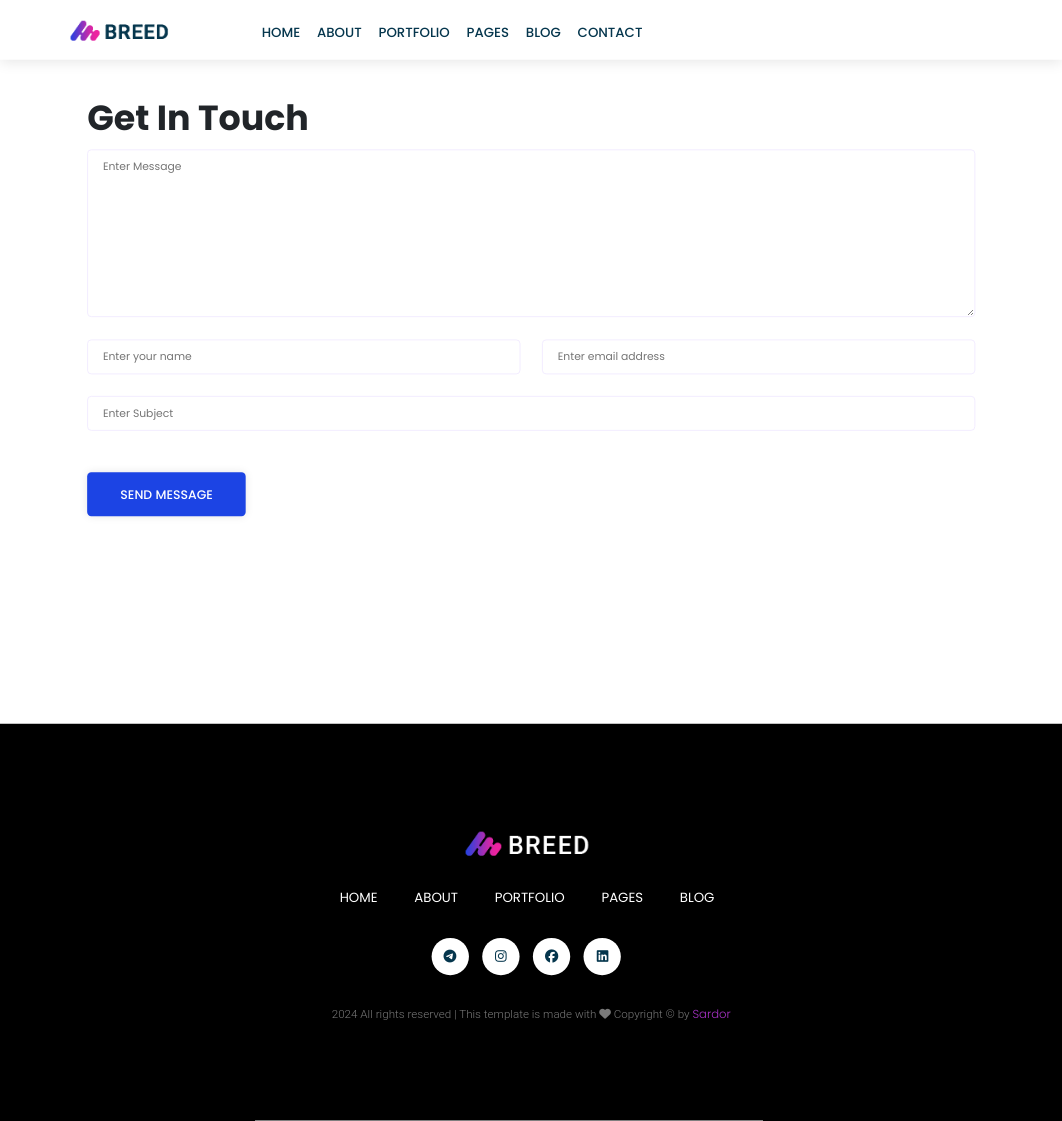
Repository: whoami2991/Sardorbek-Portfolio---Home
Page: contact.html
These files come from the project's save history. The page is drawn as it stood at one moment and after the next save; the edit follows.
The browser window is 1280 px wide. The pictures show the whole page, at 83% of full size.

Above is the page before, as saved 2024-07-22 13:24:25.

### contact.html
<!DOCTYPE html>
<html lang="en">
<head>
    <meta charset="UTF-8">
    <meta name="viewport" content="width=device-width, initial-scale=1.0">
    <title>Portfolio - Contact</title>
    <link rel="stylesheet" href="shared.css">
    <link rel="stylesheet" href="contact.css">
    <link rel="stylesheet" href="https://cdnjs.cloudflare.com/ajax/libs/font-awesome/6.5.1/css/all.min.css" integrity="sha512-DTOQO9RWCH3ppGqcWaEA1BIZOC6xxalwEsw9c2QQeAIftl+Vegovlnee1c9QX4TctnWMn13TZye+giMm8e2LwA==" crossorigin="anonymous" referrerpolicy="no-referrer" />
    <link rel="icon" href="icons8-briefcase-94.png" type="image/png">
    <link href='https://unpkg.com/boxicons@2.1.4/css/boxicons.min.css' rel='stylesheet'>
</head>
<body>
    <!--Header section-->
    <header class="main-header">
        <div class="wrapper">
            <div class="brand">
                <a href="index.html">
                    <img src="logo.png" alt="logo">
                </a>
            </div>
            <nav class="main-navigation">
                <ul class="main-navigation__items">
                    <li class="main-navigation__item">
                        <a href="/index.html">Home</a>
                    </li>
                    <li class="main-navigation__item">
                        <a href="#">About</a>
                    </li>
                    <li class="main-navigation__item">
                        <a href="#">Portfolio</a>
                    </li>
                    <li class="main-navigation__item">
                        <a href="#">Pages</a>
                    </li>
                    <li class="main-navigation__item">
                        <a href="#">Blog</a>
                    </li>
                    <li class="main-navigation__item">
                        <a href="#">Contact</a>
                    </li>
                </ul>
            </nav>
        </div>
    </header>
    <div class="wrapper">
        <section class="contact">
            <div class="section-title">Get in Touch</div>
            <form action="/server.php" method="get">
                <textarea name="message" id="message" cols="30" rows="9" placeholder="Enter Message"></textarea>
                <div class="half-row contact_firstname">
                    <input type="text" placeholder="Enter your name" name="firsname">
                </div>
                <div class="half-row contact_email">
                    <input type="email" placeholder="Enter email address" name="email">
                </div>
                <input class="input_enter" type="text" placeholder="Enter Subject" name="subject">
                <button class="button to-uppercase contact_send" type="submit">Send message</button>
            </form>
        </section>
    </div>
    <!--Footer section-->
    <footer class="footer-area">
        <div class="wrapper">
            <section class="footer">
                <div class="footer-logo">
                    <a href="#">
                        <img src="logo2.png" alt="footer logo">
                    </a>
                    <div class="footer-nav">
                        <nav class="footer-main_nav">
                            <ul class="footer-main_nav-items">
                                <li class="nav-item">
                                    <a href="#">Home</a>
                                </li>
                                <li class="nav-item">
                                    <a href="#">about</a>
                                </li>
                                <li class="nav-item">
                                    <a href="#">portfolio</a>
                                </li>
                                <li class="nav-item">
                                    <a href="#">pages</a>
                                </li>
                                <li class="nav-item">
                                    <a href="#">blog</a>
                                </li>
                            </ul>
                        </nav>
                    </div>

                </div>
                <div class="footer-social">
                    <a href="https://t.me/ism018"><i class="fa-brands fa-telegram"></i></a>
                    <a href="https://www.instagram.com/imsard0r/" class="social-instagram_color"><i class="fa-brands fa-instagram"></i></a>
                    <a href="https://www.facebook.com/sardorbek.ismoilov.545/"><i class="fa-brands fa-facebook"></i></a>
                    <a href="https://www.linkedin.com/in/sardor-ismoilov/"><i class="fa-brands fa-linkedin"></i></a>
                </div>
                    <div class="footer-bottom">
                        <p class="col-lg-8 col-sm-12 footer-text"><script>document.write(new Date().getFullYear());</script> All rights reserved | This template is made with <i class="fa fa-heart" aria-hidden="true"></i>
                            Copyright © by <a href="https://t.me/ism018" target="_blank">Sardor</a>
                        </p>
                    </div>
            </section>
        </div>
    </footer>
</body>
</html>

### shared.css
@import url("https://fonts.googleapis.com/css2?family=Poppins:wght@300;400;500;600;700;800;900&display=swap");
/*===============Core styles===============*/
* {
    font-family: "Poppins", sans-serif;
    box-sizing: border-box;
}
body{

    margin: 0;
}
.wrapper{
    width: 1110px;
    margin: 0 auto;
}
.section-subtitle{
    letter-spacing: 2px;
    font-weight: 500;
    color: #797979;
    text-transform: uppercase;
    margin: 5px 0 0;
    font-size: 15px;
    font-weight: 600;
}
.section-title{
    font-size: 42px;
    font-weight: 700;
    text-transform: capitalize;
    color: #212529;
    margin: 15px 0 0 0;
    line-height: 55px;
}

.blur-line{
    display: inline-block;
    vertical-align: middle;
    margin-left: 5px;
    width: 80px;
    height: 4px;
    background: rgba(237,35,159,0.6);
    filter: blur(4px);
}
.button{
    border: none;
    background-color: #1c44e4;
    color: #fff;
    font-weight: 500;
    font-size: 15px;
    padding: 15px 40px;
    cursor: pointer;
    border-radius: 5px;
    box-shadow: 0 0 10px rgba(0, 0, 0, 0.1);
    -webkit-transition-duration: 0.3;
    transition-duration: 0.3;
    -webkit-transition-property: box-shadow, transform;
    transition-property: box-shadow, transform;
}
.button:hover, .button:focus, button:active{
    box-shadow: 0 0 20px rgba(0, 0, 0, 0.5);
    -webkit-transform: scale(1.1);
    transform: scale(1.1);
}
.to-uppercase{
    text-transform: uppercase;
}
.clearfix{
    clear: both;
}
/*===============Header styles==============*/
.main-header{
    position: fixed;
    z-index: 10;
    background-color: #fff;
    width: 100%;
    top: 0;
    left: 0;
    box-shadow: 0px 3px 16px 0px rgb(0 0 0 / 10%);
}
.brand {
    display: inline-block;
    margin-top: 25px;
    border-style: none;
    margin-right: 60px;
}
.main-navigation{
    display: inline-block;
    vertical-align: top;
    padding-top: 5px;
}
.main-navigation__item{
    display: inline-block;
    padding: 5px 8px;
}
.main-navigation__item a{
    color: #05364D;
    text-decoration: none;
    font-weight: 500;
    text-transform: uppercase;
    transition: 0.5s;
}
.main-navigation__item a:hover{
    color: #1c44e4;
}
/*==============Footer section styles=================*/
.footer-area{
    margin-top: 150px;
    padding-top: 130px;
    background-color: #000;
}
.footer-logo{
    text-align: center;
    display: block;
    margin-left: -10px;
}
.footer-nav{
    padding-top: 15px;
}
.footer-main_nav{
    text-decoration: none;
    margin-left: -40px;
}
.footer-main_nav-items{
    list-style: none;
    display: inline-block;
}
.footer-main_nav-items li{
    display: inline-block;
    padding: 0 20px 0;
}
.footer-main_nav-items a{
    display: inline-block;
    text-transform: uppercase;
    text-decoration: none;
    color: #fff;
}
.footer-social {
    padding: 20px;
    align-items: center;
    text-align: center;
}
.footer-social a{
    display: inline-block;
    width: 45px;
    height: 45px;
    line-height: 45px;
    text-align: center;
    background: #ffffff;
    border-radius: 36px;
    color: #05364d;
    font-size: 16px;
    margin-right: 12px
}
.footer-social a:hover{
    transition: 0.4s;
    background: linear-gradient(90deg, #1345e6 0%, #ed239f 100%);
    color: #fff;
}
.footer-bottom{
    padding-top: 0px;
    padding-bottom: 100px;
}
.footer-bottom p{
    text-align: center;
    font-size: 14px;
    line-height: 27px;
    font-weight: 300;
    font-family: "Roboto",sans-serif;
    color: #797979;
}
.footer-bottom a{
    color: #a932c7;
    text-decoration: none;
}

### contact.css
.contact{
    padding: 100px 20px;
}
textarea, input{
    width: 100%;
    padding: 10px;
    margin-bottom: 10px;
    margin-top: 10px;
    border: 1px solid #f0e9ff;
    border-radius: 5px;
    padding-left: 18px;
    font-size: 13px;
    background: transparent;
    color: #495057;
}
.input_enter{
    margin-top: 16px;
}
textarea:focus,
input:focus{
    outline: 0;
}
.half-row{
    width: 50%;
    float: left;
    box-sizing: border-box;
}
.contact_firstname{
    padding-right: 13px;
}
.contact_email{
    padding-left: 13px;
}
.contact_send{
    margin-top: 40px;

}

After the next save:
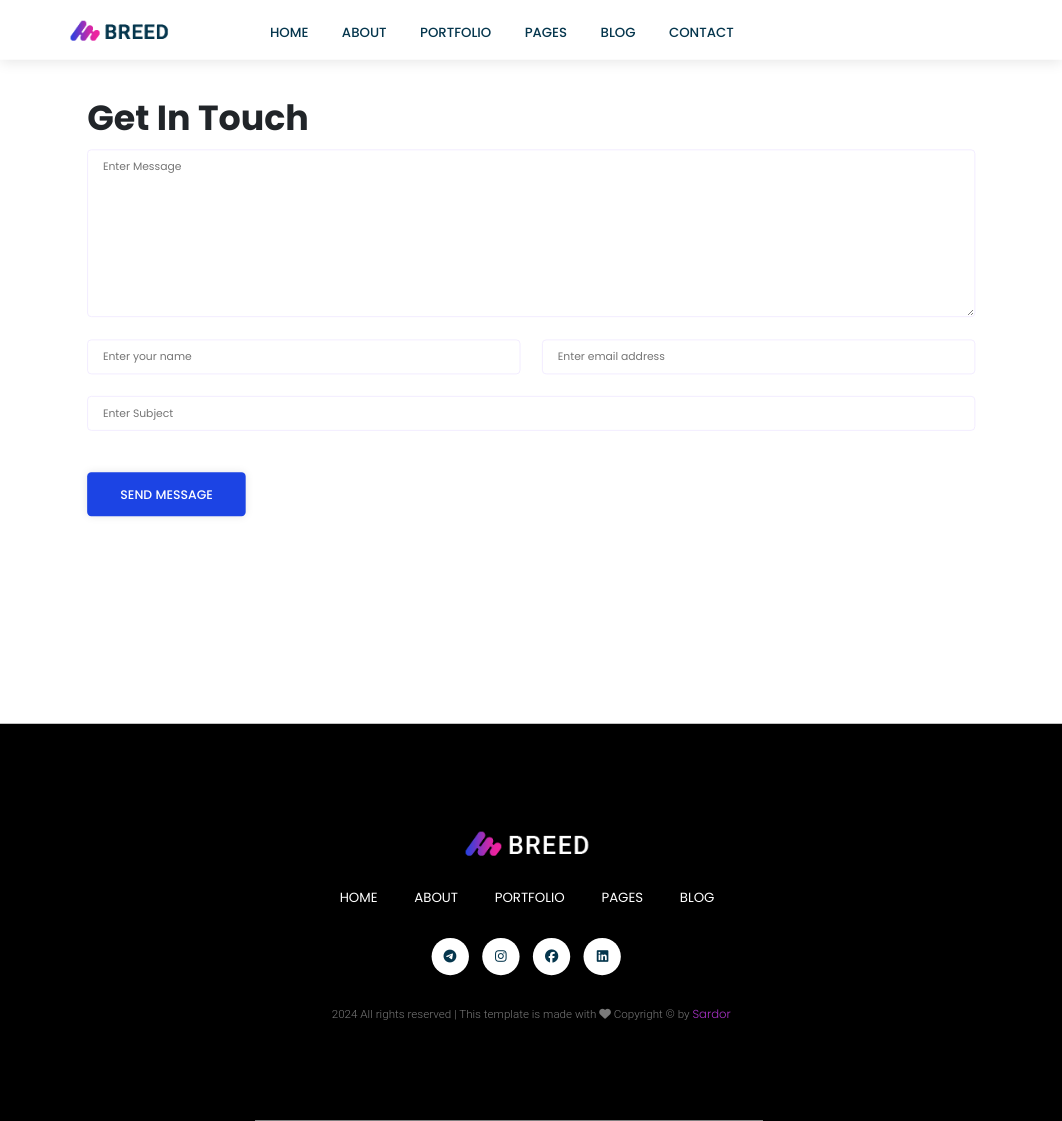
Saved 10 s later.
--- a/shared.css
+++ b/shared.css
@@ -88,7 +88,7 @@ body{
 }
 .main-navigation__item{
     display: inline-block;
-    padding: 5px 8px;
+    padding: 5px 18px;
 }
 .main-navigation__item a{
     color: #05364D;
